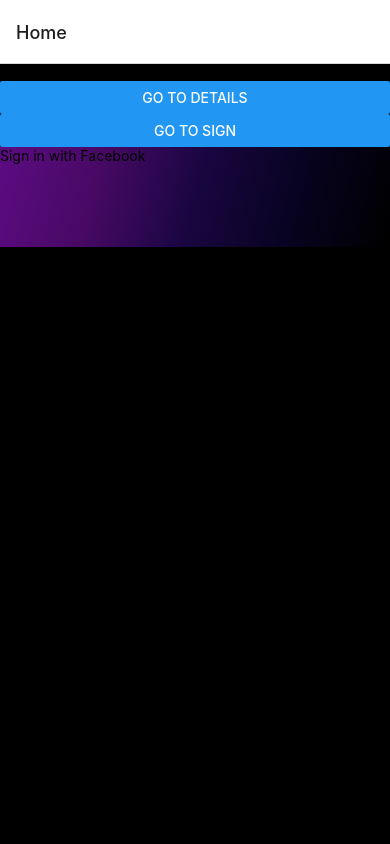
Repository: eyebone/barManager
Screen: /
The author's editor kept a copy of each file at every save. The screen is drawn from the files as they stood at one save, then again after the next save.
The app was drawn by React Native's web renderer in a window 390 px wide. The project was rebuilt for these pictures with package versions that can differ from the ones it lists, and the page was loaded fresh each time. Also part of the build but not shown: components/EmojiPicker.js, components/Button.js, components/ImageViewer.js, components/circleButton.js, components/IconButton.js, view/ViewOne.js, view/Sign.js.

Above is the screen before, as saved 2023-06-26 14:02:02.

### App.js
// In App.js in a new project

import * as React from "react";
import { Button, View, Text, StyleSheet } from "react-native";
// import React-native from 'react-native';
import { NavigationContainer } from "@react-navigation/native";
import { createNativeStackNavigator } from "@react-navigation/native-stack";
import { ViewOne } from "./view/ViewOne";
import { SignView } from "./view/Sign";
import { LinearGradient } from "expo-linear-gradient";
function HomeScreen({ navigation }) {
  return (
    <View style={styles.container}>
      <Text>Home Screen</Text>
      <Button
        title="Go to Details"
        onPress={() => navigation.navigate("test")}
      />
      <Button title="Go to Sign" onPress={() => navigation.navigate("sign")} />
      <LinearGradient
        start={{ x: 0, y: 0 }}
        end={{ x: 1, y: 1 }}
        colors={["#5c0b82", "#480965", "#190641", "#070320", "#000000"]}
        style={styles.linearGradient}
      >
        <Text style={styles.buttonText}>Sign in with Facebook</Text>
      </LinearGradient>
    </View>
  );
}

const Stack = createNativeStackNavigator();

function App() {
  return (
    <NavigationContainer style={styles.container}>
      <Stack.Navigator>
        <Stack.Screen name="Home" component={HomeScreen} />
        <Stack.Screen name="test" component={ViewOne} />
        <Stack.Screen name="sign" component={SignView} />
      </Stack.Navigator>
    </NavigationContainer>
  );
}

export default App;

const styles = StyleSheet.create({
  container: {
    flex: 1,
    flexDirection: "column",
    backgroundColor: "#000000",
    //    alignItems: 'center',
  },
  linearGradient: {
    height: 100,
  },
});

After the next save:
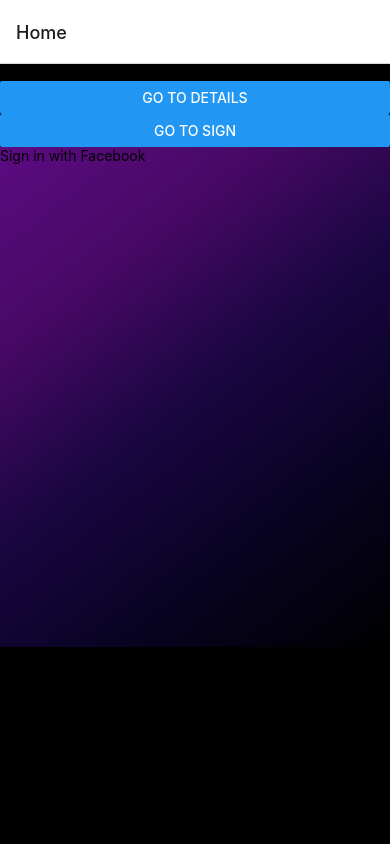
Saved 8 s later.
--- a/App.js
+++ b/App.js
@@ -53,6 +53,6 @@ const styles = StyleSheet.create({
     //    alignItems: 'center',
   },
   linearGradient: {
-    height: 100,
+    height: 500,
   },
 });
